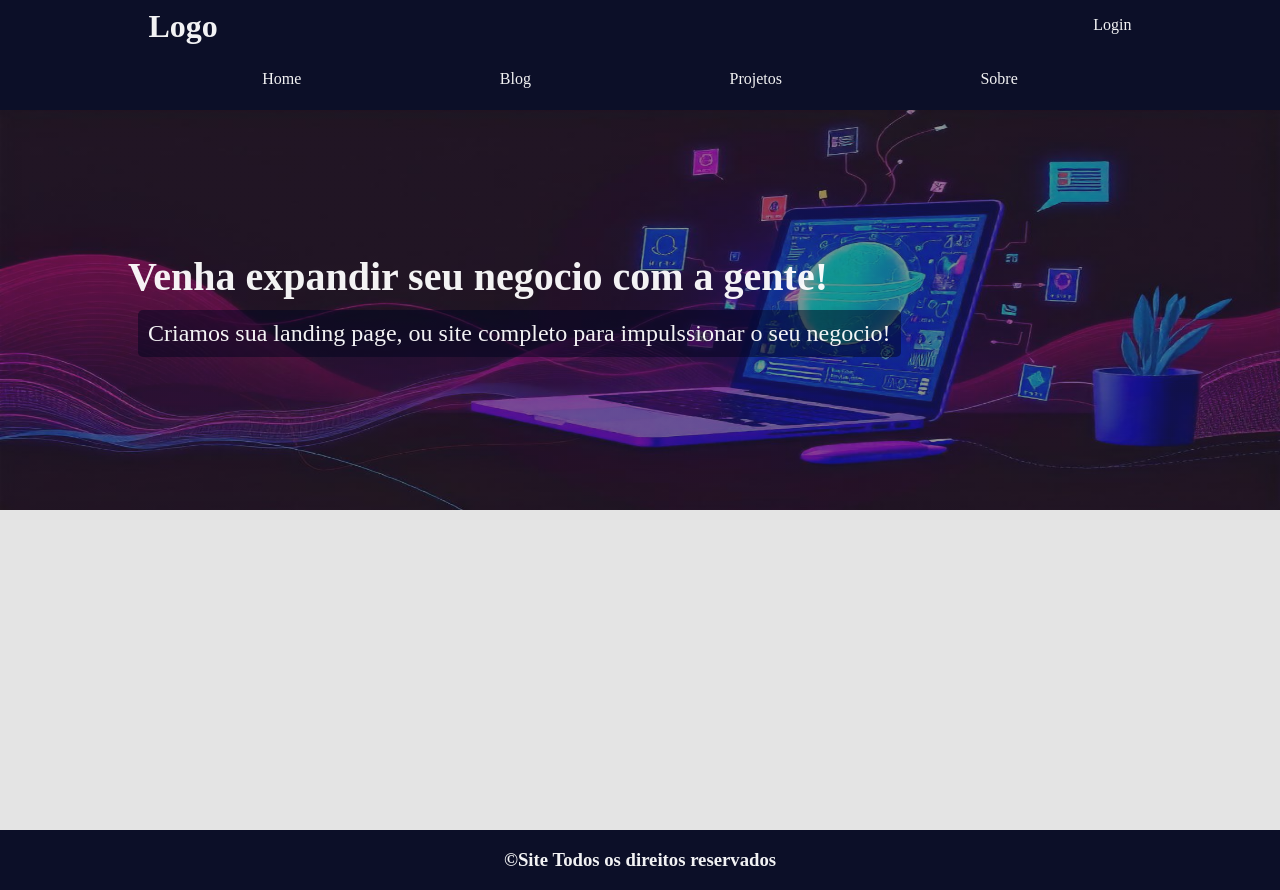
Repository: SauloMorais01/mysitefront-end
Page: index.html
These files come from the project's save history. The page is drawn as it stood at one moment and after the next save; the edit follows.
The browser window is 1280 px wide. The pictures show the whole page.
Some web libraries are served in a nearby version.

Above is the page before, as saved 2024-11-02 09:57:49.

After the next save:
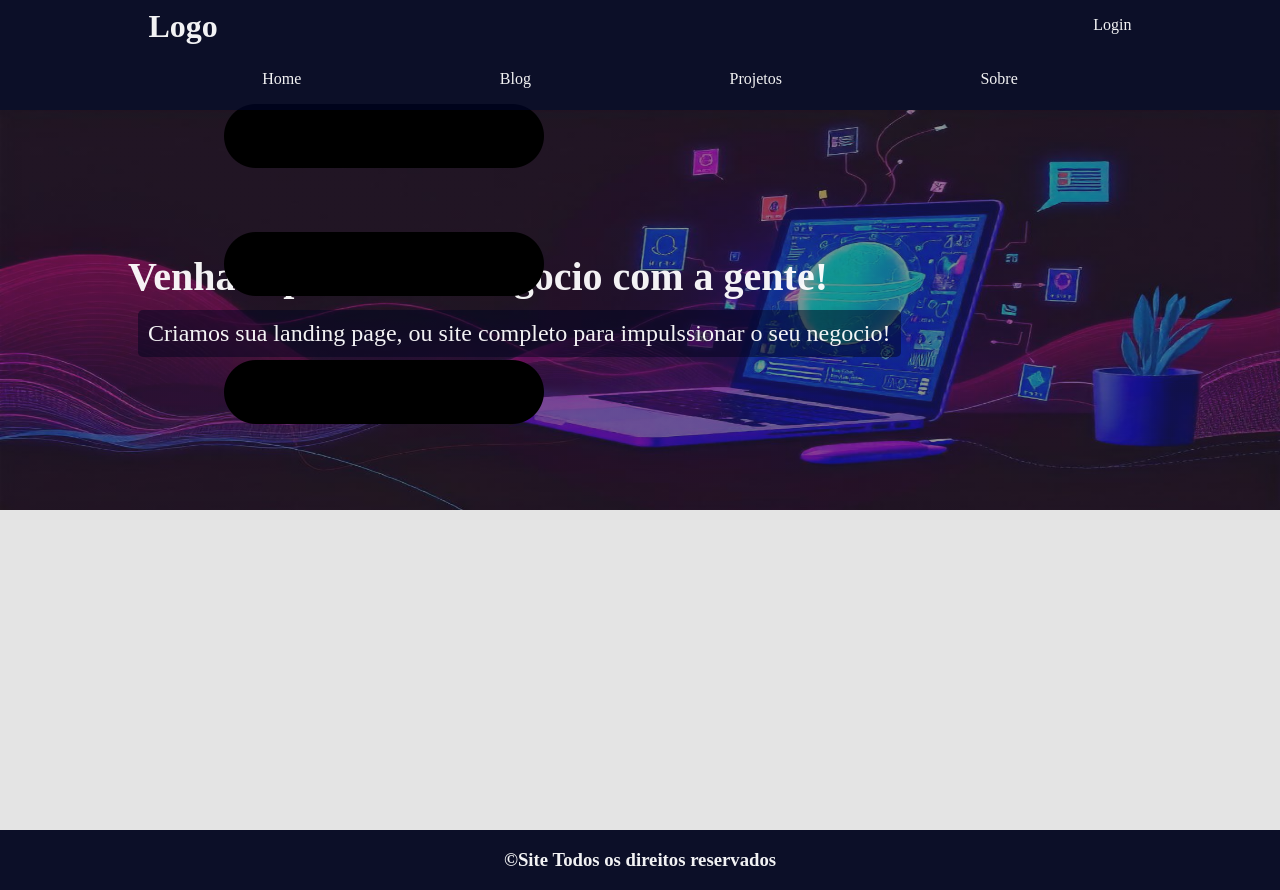
Saved 4 min 5 s later.
--- a/index.html
+++ b/index.html
@@ -15,6 +15,9 @@
                 </div>
                 <div class="login">
                     <a class="hd-color-white" href="/">Login</a>
+                </div>
+                <div class="hover-btn">
+                    <img src="/src/img/icone/barra-de-menu.png" alt="menu">
                 </div>
             </div>
         </div>

After the 2 saves that followed:
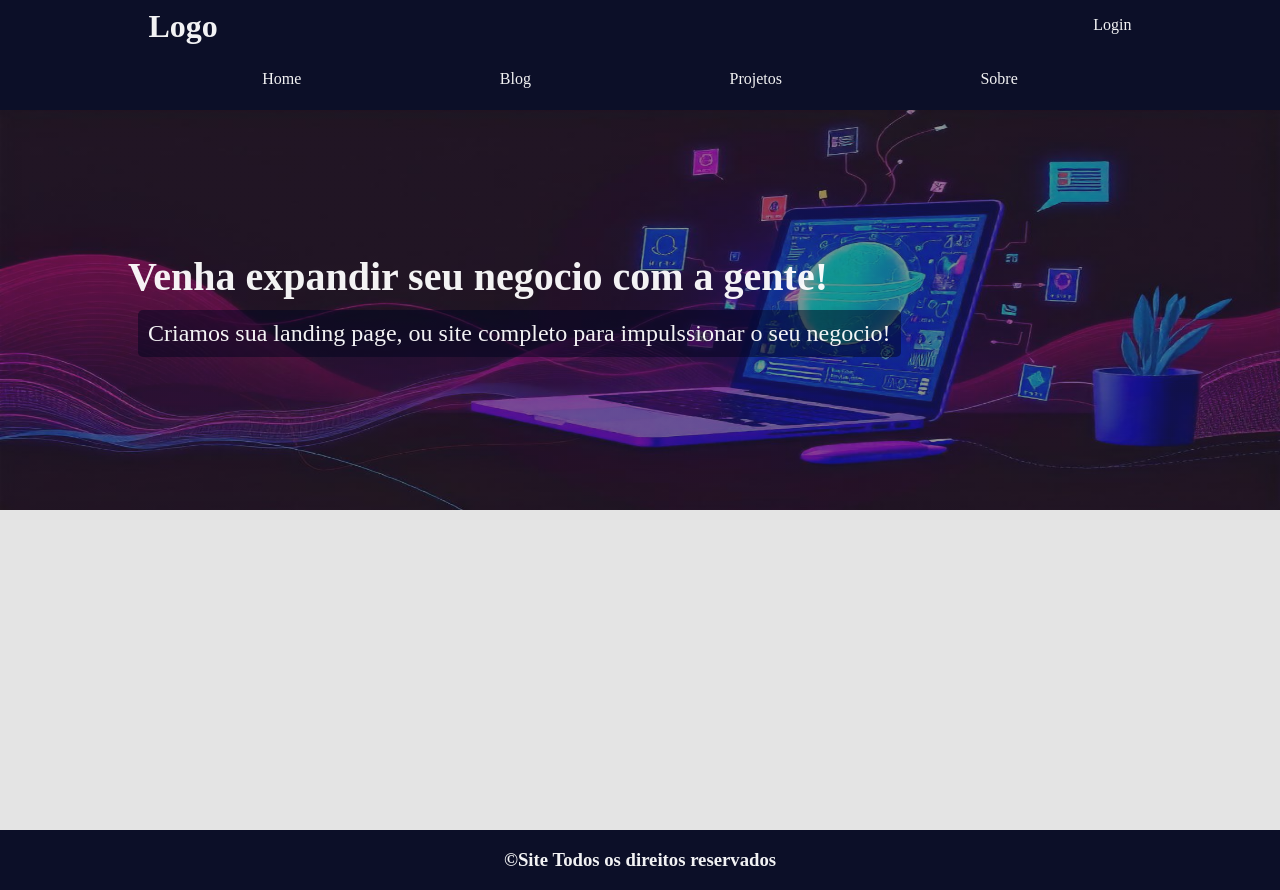
The 2 saves are shown as one change because 1 left the picture as it was.
The last was saved 5 min 4 s later.
--- a/index.html
+++ b/index.html
@@ -5,6 +5,7 @@
     <meta name="viewport" content="width=device-width, initial-scale=1.0">
     <title>Titulo - status</title>
     <link rel="stylesheet" href="./src/css/style.css">
+    <script src="https://kit.fontawesome.com/0869671a59.js" crossorigin="anonymous"></script>
 </head>
 <body>
     <header class="primary-color hd-color-white">
@@ -17,7 +18,7 @@
                     <a class="hd-color-white" href="/">Login</a>
                 </div>
                 <div class="hover-btn">
-                    <img src="/src/img/icone/barra-de-menu.png" alt="menu">
+
                 </div>
             </div>
         </div>
